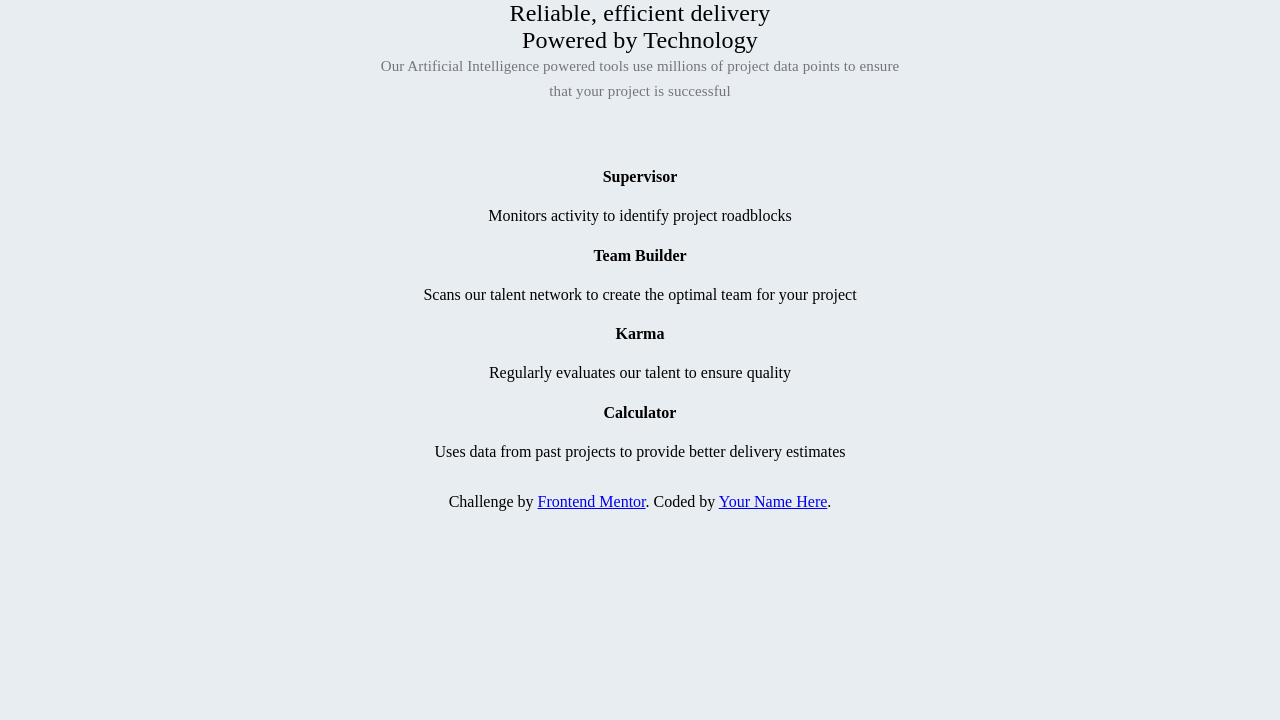
Repository: AngelaMwelu/four-card-page
Page: index.html
These files come from the project's save history. The page is drawn as it stood at one moment and after the next save; the edit follows.
The browser window is 1280 px wide. The pictures show the whole page.

Above is the page before, as saved 2025-05-15 15:50:24.

After the next save:
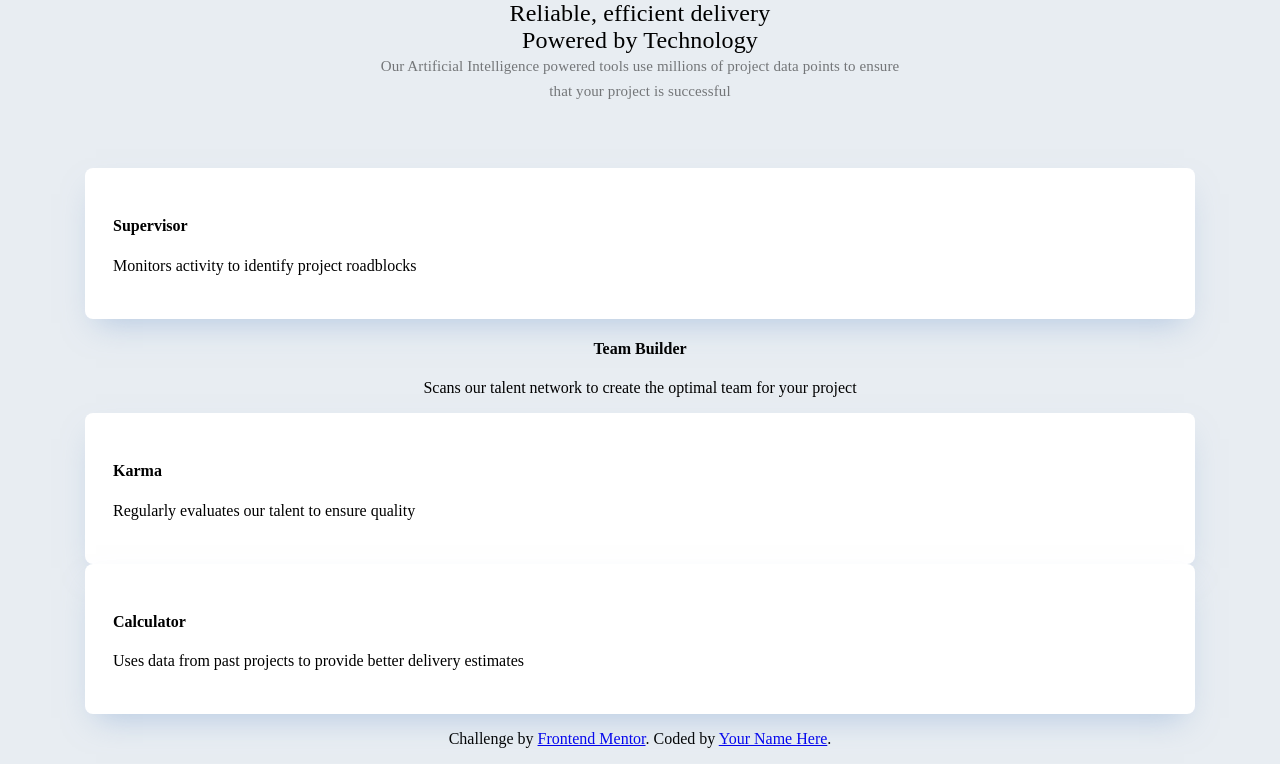
Saved 14 s later.
--- a/style.css
+++ b/style.css
@@ -41,3 +41,15 @@ Card {
   grid-template-columns: repeat(3, 1fr);
   gap: 30px;
 }
+.Supervisor,
+.Team-Builder,
+.Karma,
+.Calculator {
+  background: white;
+  border-radius: 8px;
+  box-shadow: 0 15px 30px -11px rgba(131, 166, 210, 0.5);
+  padding: 28px;
+  text-align: left;
+  position: relative;
+  overflow: hidden;
+}
